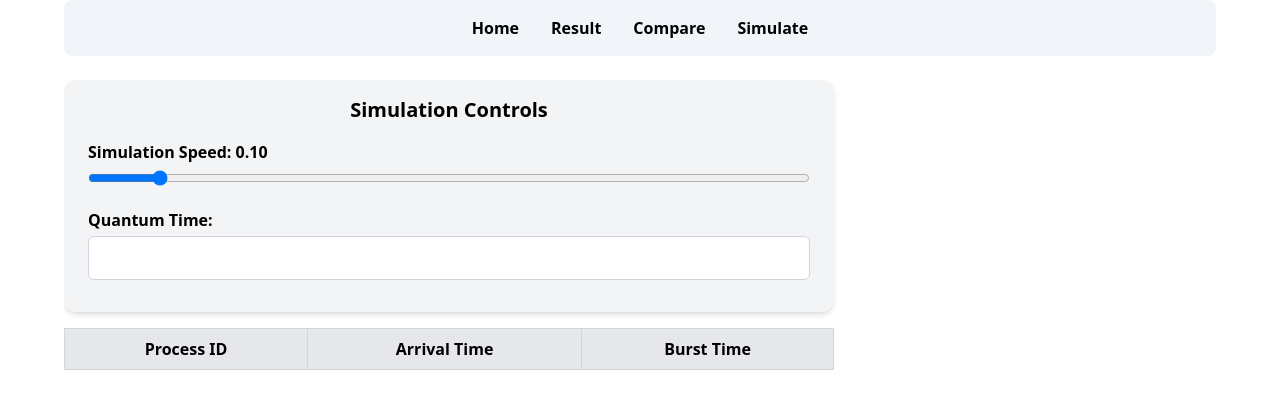
Repository: ujjwalkathait/Process_Scheduler
Page: /simulate
An editor plug-in stored every save of this project. The page is shown before and after a run of saves, followed by the edit.
The browser window is 1280 px wide. The pictures show the whole page.
The project was rebuilt for these pictures with package versions that can differ from the ones it lists, and the page was loaded fresh each time. Also part of the build but not shown: vite.config.js, src/components/CompareAlgorithmsChart.jsx, src/components/GanttChart.jsx, src/components/GanttChartTable.jsx, src/helpers/ComputeStatistics.js, src/algorithms/FCFS.js, src/algorithms/SJF.js, src/algorithms/Priority.js and 15 more.

Above is the page before, as saved 2025-05-16 08:44:01.

### index.html
<!doctype html>
<html lang="en">
  <head>
    <meta charset="UTF-8" />
    <link rel="icon" type="image/svg+xml" href="./src/assets/scheduling_favicon.jpeg" />
    <meta name="viewport" content="width=device-width, initial-scale=1.0" />
    <title>CPU Scheduling Algorithms Visualization</title>
  </head>
  <body>
    <div id="root"></div>
    <script type="module" src="/src/main.jsx"></script>
  </body>
</html>

### src/main.jsx
import ReactDOM from 'react-dom/client';
import { BrowserRouter } from 'react-router-dom';
import App from './App';
import React from 'react';
import './index.css';

ReactDOM.createRoot(document.getElementById('root')).render(
  <React.StrictMode>
    <App />
  </React.StrictMode>,
)

### src/App.jsx
import React, { useState } from 'react';
import { ToastContainer } from 'react-toastify';
import 'react-toastify/dist/ReactToastify.css';
import Compare from './pages/Compare';
import Home from './pages/Home';
import Result from './pages/Result';
import { Link, Route, BrowserRouter as Router, Routes } from 'react-router-dom';
import { ProcessProvider } from './context/ProcessContext';
import Simulate from './pages/Simulate';

function App() {

  return (
    <ProcessProvider>
      <Router>
        <div className="overflow-x-hidden mx-[5%] mb-[1rem]">
          <nav className="flex justify-center gap-8 p-4 bg-slate-100 rounded-lg">
            <Link to="/" className="font-semibold hover:underline">Home</Link>
            <Link to="/result" className="font-semibold hover:underline">Result</Link>
            <Link to="/compare" className="font-semibold hover:underline">Compare</Link>
            <Link to="/simulate" className="font-semibold hover:underline">Simulate</Link>
          </nav>
          <ToastContainer />
          <Routes>
            <Route path="/" element={<Home />} />
            <Route path="/result" element={<Result />} />
            <Route path="/compare" element={<Compare />} />
            <Route path="/simulate" element={<Simulate />} />

          </Routes>
        </div>
      </Router>
    </ProcessProvider>
  );
}

export default App

### src/index.css
@tailwind base;
@tailwind components;
@tailwind utilities;

input[type="number"] {
  @apply border border-gray-300 rounded-md;
  width: 100%;
  text-align: center;
  font-size: 1.1rem;
}

input[type="radio"] {
  @apply border border-gray-300 rounded-md;
  text-align: center;
  width: 30px;
  margin-top: 0.7rem;
}

.simulate {
  /* background: rgb(49,151,168); */
  letter-spacing: 0.15rem;
  font-weight: 900;
  font-size: 1rem;
}

.reset {
  letter-spacing: 0.08rem;
}

### src/context/ProcessContext.jsx
import React, { createContext, useState } from 'react';

export const ProcessContext = createContext();

export const ProcessProvider = ({ children }) => {
  const [arrivalTime, setArrivalTime] = useState();
  const [burstTime, setBurstTime] = useState();
  const [processId, setProcessID] = useState(1);
  const [processes, setProcesses] = useState([]);
  const [newProcesses, setUpdatedProcesses] = useState([]);
  const [updatedProcesses, setAnotherUpdatedProcesses] = useState([]);
  const [selectedAlgorithm, setSelectedAlgorithm] = useState(0);
  const [priority, setPriority] = useState();
  const [executed, setExecuted] = useState(false);
  const [statisticsData, setStatisticsData] = useState([]);

  const value = {
    arrivalTime,
    burstTime,
    processId,
    processes,
    newProcesses,
    updatedProcesses,
    selectedAlgorithm,
    priority,
    executed,
    statisticsData,
    setArrivalTime,
    setBurstTime,
    setProcessID,
    setProcesses,
    setUpdatedProcesses,
    setAnotherUpdatedProcesses,
    setSelectedAlgorithm,
    setPriority,
    setExecuted,
    setStatisticsData
  };

  return (
    <ProcessContext.Provider value={value}>
      {children}
    </ProcessContext.Provider>
  );
};

### src/pages/Simulate.jsx
import React, { useContext, useState } from 'react';
import { ProcessContext } from '../context/ProcessContext';
import InputTable from '../components/InputTable';
import SimulationControls from '../components/SimulationControls';

export default function Simulate() {
  const {
      processes,
      selectedAlgorithm,
    } = useContext(ProcessContext);
  const [simulationSpeed, setSimulationSpeed] = useState(0.1);
  const [timeQuantum, setTimeQuantum] = useState();

  const handleSimulate = () => { /* start simulation logic */ };
  const handlePause = () => { /* pause simulation logic */ };
  const handleForward = () => { /* forward step logic */ };
  const handleBack = () => { /* backward step logic */ };
  const handleExit = () => { /* cleanup / reset logic */ };

  return (
    <div className="w-full bg-white my-6 flex flex-row gap-10">
      <div className="space-y-4 col-span-1">
        <SimulationControls
          simulationSpeed={simulationSpeed}
          setSimulationSpeed={setSimulationSpeed}
          timeQuantum={timeQuantum}
          setTimeQuantum={setTimeQuantum}
        />
        <InputTable
          processes={processes}
          selectedAlgorithm={selectedAlgorithm}
        />
        {/* <ReadyQueue />
        <div className="space-y-2">
          <CPUStatus status="Idle" algorithm={selectedAlgorithm} />
          <StatsPanel stats={statisticsData} />
        </div> */}
      </div>

      {/* Right Panel */}
      {/* <div className="col-span-2 space-y-4">
        <NavigationButtons />
        <ProcessList />
        <GanttChart />
      </div> */}
    </div>
  );
}

### src/components/InputTable.jsx
import React from 'react'

const InputTable = ({selectedAlgorithm , processes}) => {
    let usesPriority = (selectedAlgorithm === 3 || selectedAlgorithm === 4 || selectedAlgorithm === 7);
  return (
    <table className="w-full border-collapse border border-gray-300 text-center">
        <thead>
            <tr className="bg-gray-200">
            <th className="border border-gray-300 px-4 py-2">Process ID</th>
            <th className="border border-gray-300 px-4 py-2">Arrival Time</th>
            <th className="border border-gray-300 px-4 py-2">Burst Time</th>
            {usesPriority && (
                <th className="border border-gray-300 px-4 py-2">Priority</th>
            )}
            </tr>
        </thead>
        <tbody>
            {processes.map((process, index) => (
            <tr key={process.processId} className="bg-white">
                <td className="border border-gray-300 px-4 py-2">P{index+1}</td>
                <td className="border border-gray-300 px-4 py-2">{process.arrivalTime}</td>
                <td className="border border-gray-300 px-4 py-2">{process.burstTime}</td>
                {usesPriority && (
                <td className="border border-gray-300 px-4 py-2">{process.priority}</td>
                )}
            </tr>
            ))}
        </tbody>
    </table>
  )
}

export default InputTable

### src/components/SimulationControls.jsx
import React, { useState } from 'react';

const SimulateControls = ({
  simulationSpeed,
  setSimulationSpeed,
  timeQuantum,
  setTimeQuantum,
//   onSimulate,
//   onPause,
//   onForward,
//   onBack,
//   onExit,
}) => {
  return (
    <div className="bg-gray-100 w-[770px] px-6 py-4 rounded-xl shadow-md">
      <h2 className="text-xl font-bold text-center mb-4">Simulation Controls</h2>

      {/* Simulation Speed Slider */}
      <div className="mb-4">
        <label className="block font-semibold mb-1">Simulation Speed: {simulationSpeed.toFixed(2)}</label>
        <input
          type="range"
          min="0.01"
          max="1.0"
          step="0.01"
          value={simulationSpeed}
          onChange={(e) => setSimulationSpeed(parseFloat(e.target.value))}
          className="w-full"
        />
      </div>

      {/* Quantum Time Input */}
      <div className="mb-4">
        <label className="block font-semibold mb-1">Quantum Time:</label>
        <input
          type="number"
          min="1"
          value={timeQuantum}
          onChange={(e) => setTimeQuantum(Number(e.target.value))}
          className="w-full p-2 border rounded"
        />
      </div>

      {/* Buttons */}
      {/* <div className="grid grid-cols-3 gap-4 mt-4">
        <button onClick={onPause} className="bg-yellow-600 hover:bg-yellow-700 text-white font-bold py-2 rounded">
          Pause
        </button>
        <button onClick={onBack} className="bg-gray-500 hover:bg-gray-600 text-white font-bold py-2 rounded">
          Back
        </button>
        <button onClick={onSimulate} className="bg-green-600 hover:bg-green-700 text-white font-bold py-2 rounded">
          Simulate
        </button>
        <button onClick={onForward} className="bg-blue-600 hover:bg-blue-700 text-white font-bold py-2 rounded">
          Forward
        </button>
        <button onClick={onExit} className="bg-red-600 hover:bg-red-700 text-white font-bold py-2 rounded col-span-2">
          Exit
        </button>
      </div> */}
    </div>
  );
};

export default SimulateControls;

Loaded but not shown: tailwind.config.js (common file)

After the next 3 saves:
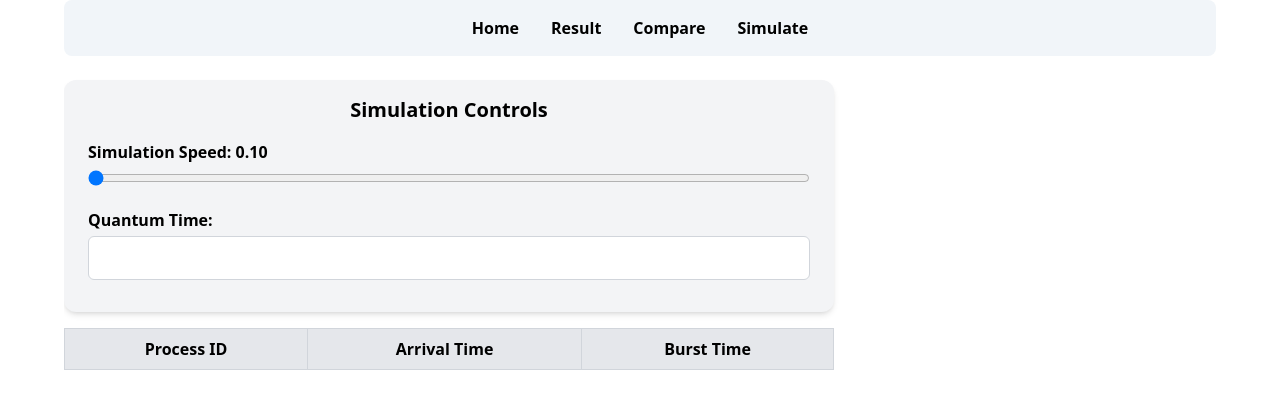
The 3 saves are shown as one change because they came seconds apart.
The last was saved 18 s later.
--- a/src/components/SimulationControls.jsx
+++ b/src/components/SimulationControls.jsx
@@ -20,8 +20,8 @@ const SimulateControls = ({
         <label className="block font-semibold mb-1">Simulation Speed: {simulationSpeed.toFixed(2)}</label>
         <input
           type="range"
-          min="0.01"
-          max="1.0"
+          min="0.1"
+          max="2.0"
           step="0.01"
           value={simulationSpeed}
           onChange={(e) => setSimulationSpeed(parseFloat(e.target.value))}
